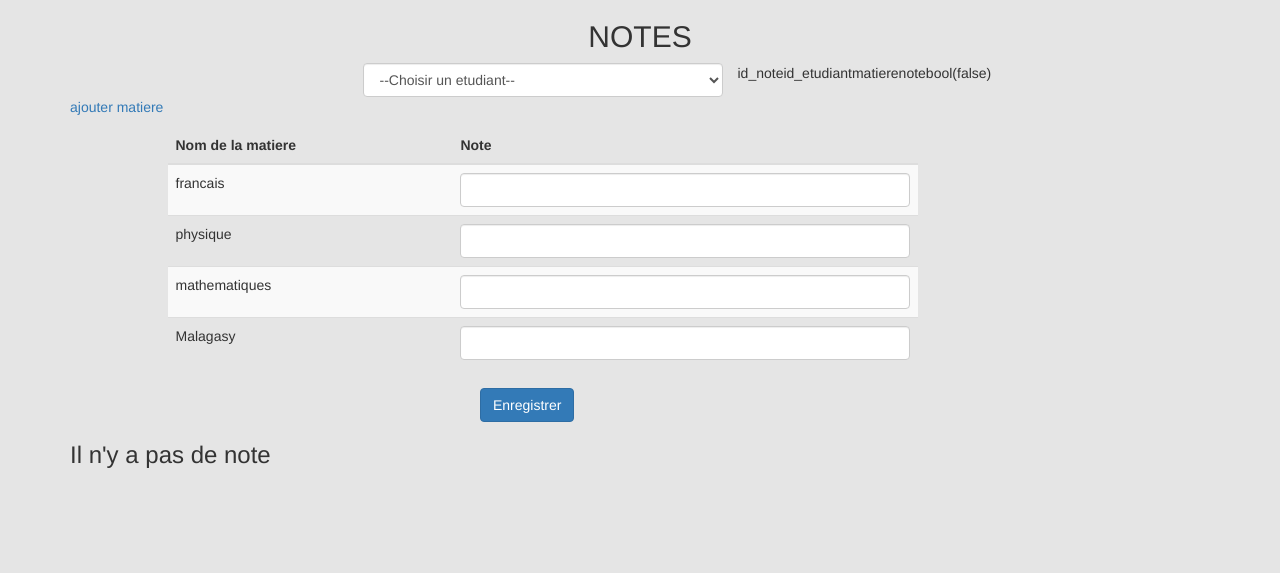
Repository: mitantsoa1/CRUD-note
Page: http://localhost/note
An editor plug-in stored every save of this project. The page is shown before and after the next save, followed by the edit.
The browser window is 1280 px wide. The pictures show the whole page.
The page is run by PHP 8.4 with error messages shown; the project is at /var/www/html/. The database holds what the project's SQL file puts in it.

Above is the page before, as saved 2021-02-12 10:52:59.
Console error: SyntaxError: Unexpected token '<'

### index.php
<?php

require_once ("Controls/Controllers.class.php");
// require_once ("Models/Database.class.php");
// Database::init("localhost","stage","root","");

if(isset($_GET['action'])){
    if(method_exists("Controllers",$_GET['action'])){
        $reflect = new ReflectionMethod("Controllers",$_GET['action']);
        $class = "Controllers";
        $reflect -> invoke(new $class);
    }else{
        Controllers::loadView("erreur.php");
    }
}else{
    Controllers::loadView("indexView.php");
}

?>

### Controls/Controllers.class.php
<?php
	class Controllers{

		public static function loadView($page){
			$page = htmlspecialchars(trim($page)) ;
			include("Views/".$page) ;
		}
		public function index(){
			Controllers::loadView("indexView");
		}
		// pour inclure les portions de page
		public static function includeTemplate($template)
		{
			$template = htmlspecialchars(trim($template));
			include "Views/template_parts/" . $template;
		}
		// inclure du JavaScript
		public static function includeJS($fields)
		{
			$script = "";
			for ($i = 0; $i < count($fields) - 1; $i++) {
				$code = htmlspecialchars(trim($fields[$i]));
				$script .= '<script src="Publics/js/' . $code . '.js"></script>' . "\n\t";
			}
			if ($i == count($fields) - 1) {
				$code = htmlspecialchars(trim($fields[count($fields) - 1]));
				$script .= '<script src="Publics/js/' . $code . '.js"></script>' . "\n";
			}
			echo $script;
		}
		// inclure du CSS
		public static function includeCSS($fields)
		{
			$css = "";
			for ($i = 0; $i < count($fields) - 1; $i++) {
				$code = htmlspecialchars(trim($fields[$i]));
				$css .= '<link rel="stylesheet" href="Publics/css/' . $code . '.css">' . "\n\t";
			}
			if ($i == count($fields) - 1) {
				$code = htmlspecialchars(trim($fields[count($fields) - 1]));
				$css .= '<link rel="stylesheet" href="Publics/css/' . $code . '.css">' . "\n";
			}
			echo $css;
		}

		public function note(){
			Controllers::loadView("note.php");
		}
		public function matiere(){
			Controllers::loadView("matiere.php");
		}
	}

 ?>

### Views/note.php
<!DOCTYPE html>
<html lang="en">
<head>
    <meta charset="UTF-8">
    <meta http-equiv="X-UA-Compatible" content="IE=edge">
    <meta name="viewport" content="width=device-width, initial-scale=1.0">
    <title>note</title>
    <?php
Controllers::includeCSS(["all","bootstrap.min","sweetalert2.min","style","util"]);
?>
</head>
<body>
    <div class="container content-note">
            <h2 class="text-center">NOTES</h2>
        <form action="">
            <div class="row">
                <?php
                    include('Models/Database.class.php');
                    $db = new Database();
                    $tab = $db->select("etudiant")
                                ->execute(null);
                    echo "<div class='col-sm-4 col-sm-offset-3'> <select id='select_etudiant_note' class='form-control'> <option value='choisir' selected='selected'>--Choisir un etudiant--</option>";

                        for($i=0;$i<count($tab);$i++){
                            echo"
                                <option value='".$tab[$i]->id."'>".$tab[$i]->nom." ".$tab[$i]->prenom."</option>
                            ";
                        }

                    echo "</select></div>";

                    $reqS="SHOW COLUMNS FROM note";
                    $conn= new PDO("mysql:host=localhost;dbname=scolarite","root","");
                            $stmt = $conn -> prepare($reqS);
                            $stmt -> execute();
                            $i=0;

                            while($tab= $stmt->fetch(PDO::FETCH_ASSOC)){
                                echo $tab["Field"];
                                $i++;

                            }
                            var_dump($tab);

                ?>


            </div>
        </form>
        <a href="matiere" >ajouter matiere</a>
        <div class="nom"></div>
        <div class="row">
            <div class="matiere_table col-sm-8 col-sm-offset-1">matiere</div>
        </div>
        <div class="general"></div>
    </div>


<?php
Controllers::includeJS(["jquery","bootstrap.min","all","sweetalert2.min","note","function"]);
?>
</body>
</html>

### Models/Database.class.php
<?php
class Database{
	private $query,$nombreParam, $lastTable;
	private static $conn,$host,$base,$user,$pass,$port ;
		// bd = new PDO("mysql:host=localhost;dbname=nom","user","pass")
		// initialisation
	public static function init($hote,$base,$port,$user,$pass) {
		self::$host=htmlspecialchars(trim($hote)) ;
		self::$base=htmlspecialchars(trim($base)) ;
		self::$user=htmlspecialchars(trim($user)) ;
		self::$pass=htmlspecialchars(trim($pass)) ;

	}
	public static function db() {
		$options = array(PDO::MYSQL_ATTR_INIT_COMMAND => 'SET NAMES utf8',
);


		$url ="mysql:host=".self::$host.";port=".self::$port.";dbname=".self::$base;
		if(!isset(self::$conn)) {
			self::$conn = new PDO($url,self::$user,self::$pass,$options);
		}
		return self::$conn ;

	}
		// execution du requete
	public function execute($value=null) {

			// tester s'il y des trous dans les requetes
			// si c'est une requete de selection
		if (strpos($this->query,"SELECT")>-1) {

			if (strpos($this->query,"?")>-1 ){
				$req = self::db()->prepare($this->query) ;
				$req->execute($value) ;
			}
			else {
				$req = self::db()->query($this->query) ;
			}


			return $req->fetchAll(PDO::FETCH_OBJ);
		}
		else {
			if (strpos($this->query,"?")>-1 ){
				$req = self::db()->prepare($this->query) ;
				$req->execute($value) ;

			}
			else {
				self::db()->query($this->query) ;
			}


			return 0 ;
		}



	}
	public function getQuery() {
		echo $this->query ;
	}
	public function select($table){
		$table=htmlspecialchars(trim($table)) ;
		$this->query = "SELECT * FROM ".$table ;
		$this->lastTable =$table ;
		return $this ;
	}
	public function where($id,$operateur){
		$this->query .= " WHERE ".$id."".$operateur."?";

		return $this ;
	}
	public function et($id,$operateur) {
		$this->query .= " AND ".$id."".$operateur."?";

		return $this ;
	}
	public function ou($id,$operateur) {
		$this->query .= " OR ".$id."".$operateur."?";

		return $this ;
	}
		// insertion
	public function insert($table) {
		$this->query="INSERT INTO ".$table ;
		return $this ;
	}
	// mise à jours
	public function update($table) {
		$this->query="UPDATE ".$table ;
		return $this ;
	}
	public function parametters($fields) {
		if (strpos($this->query,"INSERT")>-1){
			// insertion
			$listeFields="(" ;
			$valeur="VALUES (" ;
			for ($i=0; $i <count($fields) ; $i++) {
				$listeFields.=$fields[$i]."," ;
				$valeur.="?," ;
			}

			$listeFields=trim($listeFields,",").")" ;

			$valeur=trim($valeur,",").")" ;
			$this->query.=" ".$listeFields ;
			$this->query.=" ".$valeur ;
		}
		else if (strpos($this->query,"UPDATE")>-1){
			$listeFields="SET " ;
			for ($i=0; $i <count($fields); $i++) {
				$listeFields.=$fields[$i]."=?," ;
			}
			$listeFields=trim($listeFields,",") ;
			$this->query.=" ".$listeFields ;
		}

		return $this ;
	}

		// suppréssion
	public function delete($table) {
		$table=htmlspecialchars(trim($table)) ;
		$this->query=" DELETE FROM ".$table;
		return $this ;
	}
	public function order($param) {
		$this->query.=" ORDER BY " ;
		$listeOrder="" ;
		foreach ($param as $key => $value) {
			$listeOrder.=$key. " ".$value."," ;
		}
		$listeOrder=trim($listeOrder,",") ;
		$this->query.=$listeOrder ;
		return $this ;
	}
	public function inner($table2,$id1) {
		$table2=htmlspecialchars(trim($table2)) ;
		$id1= htmlspecialchars(trim($id1)) ;

		$this->query.=" INNER JOIN ".$table2." ON ".$this->lastTable.".".$id1."=".$table2.".".$id1 ;
		$this->lastTable=$table2;
		return $this;
	}
	// inner join id différent
	public function innerD($table2,$id1,$id2) {
		$table2=htmlspecialchars(trim($table2)) ;
		$id1= htmlspecialchars(trim($id1)) ;

		$this->query.=" INNER JOIN ".$table2." ON ".$this->lastTable.".".$id1."=".$table2.".".$id2 ;
		$this->lastTable=$table2;
		return $this;
	}
	public function sum($table,$fields) {
		$fields = htmlspecialchars(trim($fields)) ;
		$table = htmlspecialchars(trim($table)) ;
		$this->query="SELECT SUM(".$fields.") AS somme FROM ".$table ;
		return $this ;
	}
	// selection avec paramètre
	public function selectParam($table,$listeFields) {
		$reqBase ="SELECT " ;
		for ($i=0; $i <count($listeFields) ; $i++) {
			$reqBase.=$listeFields[$i]."," ;
		}
		$this->query = trim($reqBase,",")." FROM ".$table;
		return $this ;


	}
	public function customSelect($requete) {
		$req = self::db()->query($requete) ;

		return $req->fetchAll(PDO::FETCH_OBJ);
	}

}
	Database::init("localhost","scolarite","3306","root","");

	//ALTER TABLE `note` ADD `francais` IF NOT EXISTS DOUBLE NOT NULL DEFAULT '0.0'
// $db = new Database();
//  $tab = $db->select("note")
//                     ->innerD("etudiant","id_etudiant","id")
// 					->et("note.id_etudiant","=")
// 					->getQuery();
?>

### Views/erreur.php
<!DOCTYPE html>
<html lang="fr">
<head>
    <meta charset="UTF-8">
    <meta name="viewport" content="width=device-width, initial-scale=1.0">
    <title>Page invalide</title>
</head>
<body>
    <h1>ERROR 404</h1>

        <p>Cette page n'est pas disponible</p>
</body>
</html>

### Controls/ajax.php
<?php
    include("../Models/Database.class.php");
    header('Content-type: application/json');
    $db = new Database();

    if(isset($_POST['data'])){
        $tab = $db->select("etudiant")
                ->execute();
        echo json_encode($tab);
    }

    if(isset($_POST['nom'])){
        $nom = htmlspecialchars(trim($_POST['nom']));
        $prenom = htmlspecialchars(trim($_POST['prenom']));
        $dtn = htmlspecialchars(trim($_POST['date_naissance']));
        $sexe = $_POST['sexe'];

        $db->insert("etudiant")
            ->parametters(["nom","prenom","date_de_naissance","sexe"])
            ->execute([$nom,$prenom,$dtn,$sexe]);
        echo json_encode("ok");
    }

    if(isset($_POST['id_effacer'])){
        $db->delete("etudiant")
            ->where("id","=")
            ->execute([$_POST['id_effacer']]);
        echo json_encode("effacer");
    }

    if(isset($_POST['id_modifier'])){
        $tab=$db->select("etudiant")
            ->where("id","=")
            ->execute([$_POST['id_modifier']]);
        echo json_encode($tab);
    }
    if(isset($_POST['nom_modif'])){
        $nom = htmlspecialchars(trim($_POST['nom_modif']));
        $prenom = htmlspecialchars(trim($_POST['prenom']));
        $dtn = htmlspecialchars(trim($_POST['date_naissance']));
        $sexe = $_POST['sexe'];
        $id = htmlspecialchars(trim($_POST["id"]));

        $db->update("etudiant")
            ->parametters(["nom","prenom","date_de_naissance","sexe"])
            ->where("id","=")
            ->execute([$nom,$prenom,$dtn,$sexe,$id]);
        echo json_encode("ok");
    }

    if(isset($_POST['etudiant'])){
        $tab=$db->select("etudiant")
                ->where("id","=")
                ->execute([$_POST['etudiant']]);
        echo json_encode($tab);
    }

    if(isset($_POST["affiche_matiere"])){
        $tab=$db->select("matiere")
                ->execute(null);
        echo json_encode($tab);
    }

    if(isset($_POST["nom_matiere"])){
        $matiere = htmlspecialchars(trim($_POST["nom_matiere"]));
        $tab=$db->select("matiere")
                ->where("nom_matiere","=")
                ->execute([$matiere]);

                if(count($tab)>0){
                    echo json_encode("non");
                }else{
                    $db->insert("matiere")
                        ->parametters(["nom_matiere"])
                        ->execute([$matiere]);
                        //APINA ALTER TABLE
                    echo json_encode("ok");
                }
    }

    if(isset($_POST['id_mat_effacer'])){
        $db->delete("matiere")
            ->where("id_matiere","=")
            ->execute([$_POST['id_mat_effacer']]);
        echo json_encode("effacer");
    }

    if(isset($_POST['id_mat_modifier'])){
        $tab=$db->select("matiere")
            ->where("id_matiere","=")
            ->execute([$_POST['id_mat_modifier']]);
        echo json_encode($tab);
    }
    if(isset($_POST['nom_mat_modif'])){
        $matiere = htmlspecialchars(trim($_POST['nom_mat_modif']));
        $id = htmlspecialchars(trim($_POST["id"]));

        $db->update("matiere")
            ->parametters(["nom_matiere"])
            ->where("id_matiere","=")
            ->execute([$matiere,$id]);
        echo json_encode("ok");
    }

    if(isset($_POST['affiche_note'])){
        $tab = $db->select("matiere")
                    ->execute(null);

        echo json_encode($tab);

    }

    if(isset($_POST['id_etudiant'])){
        $tab = $db->select("note")
                    ->innerD("etudiant","id_etudiant","id")
                    ->et("note.id_etudiant","=")
                    ->execute([$_POST['id_etudiant']]);

                    echo json_encode($tab);
    }

?>

### Publics/css/style.css
body {
    margin: 0;
    padding: 0;
    background: rgba(0, 0, 0, .1);
}

.content {
    width: 50vw;
    min-width: 300px;
    background: white;
    padding: 10px 20px 0 !important;
    margin: 10px auto;
    border: white 1px solid !important;
    border-radius: 10px !important;
}

.content .titre {
    padding: 0;
    margin: 0;
}

.boutton {
    display: block;
    margin: 0 auto;
    width: 100px;
}

#btn_modification {
    margin-left: 30%;
}

.table_etudiant {
    position: relative;
    height: auto;
    max-height: 150px;
    overflow: auto;
}

.table_etudiant thead {
    position: sticky;
    top: 0;
    background: black;
    color: white;
}

### scolarite.sql (the tables this page reads)
CREATE TABLE IF NOT EXISTS `etudiant` (
  `id` int(11) NOT NULL AUTO_INCREMENT,
  `nom` varchar(255) NOT NULL,
  `prenom` varchar(255) NOT NULL,
  `date_de_naissance` date NOT NULL,
  `sexe` varchar(30) NOT NULL,
  PRIMARY KEY (`id`)
) ENGINE=MyISAM AUTO_INCREMENT=9 DEFAULT CHARSET=utf8;

INSERT INTO `etudiant` (`id`, `nom`, `prenom`, `date_de_naissance`, `sexe`) VALUES
(5, 'mitantsoa', 'mi', '2021-01-26', 'femme'),
(8, 'rabe', 'be', '2021-01-25', 'femme');

CREATE TABLE IF NOT EXISTS `matiere` (
  `id_matiere` int(11) NOT NULL AUTO_INCREMENT,
  `nom_matiere` varchar(255) NOT NULL,
  PRIMARY KEY (`id_matiere`)
) ENGINE=MyISAM AUTO_INCREMENT=8 DEFAULT CHARSET=utf8;

INSERT INTO `matiere` (`id_matiere`, `nom_matiere`) VALUES
(1, 'francais'),
(7, 'physique'),
(3, 'mathematiques'),
(6, 'Malagasy');

CREATE TABLE IF NOT EXISTS `note` (
  `id_note` int(11) NOT NULL AUTO_INCREMENT,
  `id_etudiant` int(11) NOT NULL,
  `matiere` varchar(255) NOT NULL,
  `note` int(11) NOT NULL DEFAULT '0',
  PRIMARY KEY (`id_note`)
) ENGINE=MyISAM AUTO_INCREMENT=3 DEFAULT CHARSET=utf8;

INSERT INTO `note` (`id_note`, `id_etudiant`, `matiere`, `note`) VALUES
(1, 5, 'francais', 15),
(2, 8, 'mathematiques', 10);

Loaded but not shown: Publics/css/all.css (library); Publics/css/bootstrap.min.css (library); Publics/css/sweetalert2.min.css (library); Publics/js/jquery.js (library); Publics/js/bootstrap.min.js (library); Publics/js/function.js (201 lines, source omitted); Publics/js/note.js (79 lines, source omitted); Publics/css/util.css (9878 lines, source omitted)

After the next save:
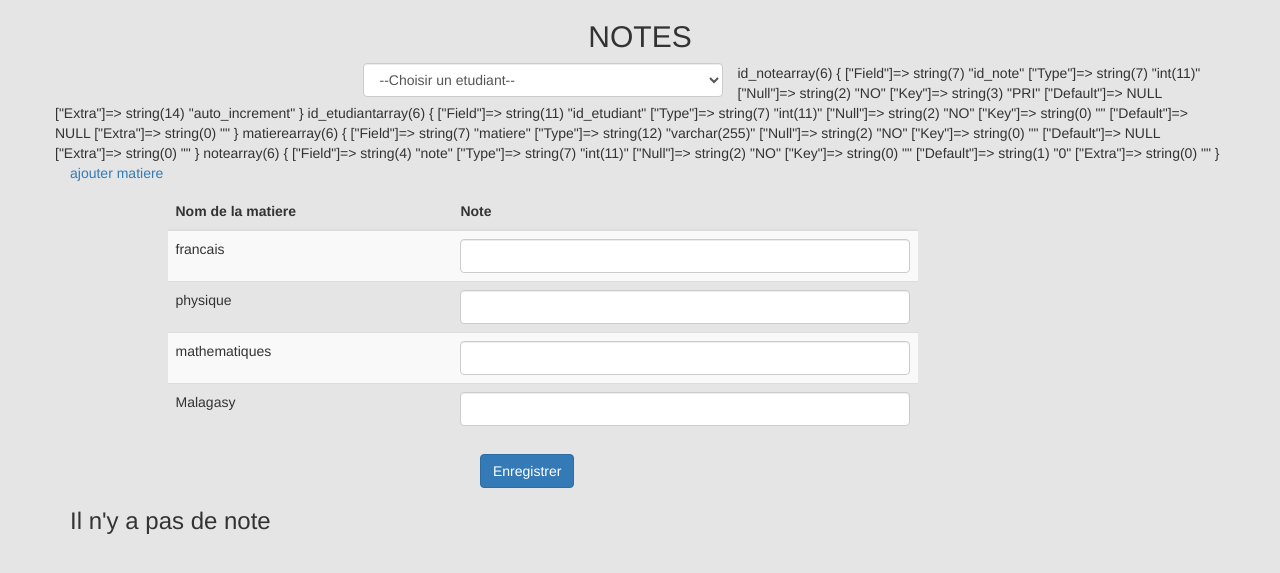
Saved 24 s later.
--- a/Views/note.php
+++ b/Views/note.php
@@ -38,9 +38,9 @@ Controllers::includeCSS(["all","bootstrap.min","sweetalert2.min","style","util"]
                             while($tab= $stmt->fetch(PDO::FETCH_ASSOC)){
                                 echo $tab["Field"];
                                 $i++;
+                                 var_dump($tab);
+                            }
 
-                            }
-                            var_dump($tab);
 
                 ?>
 
